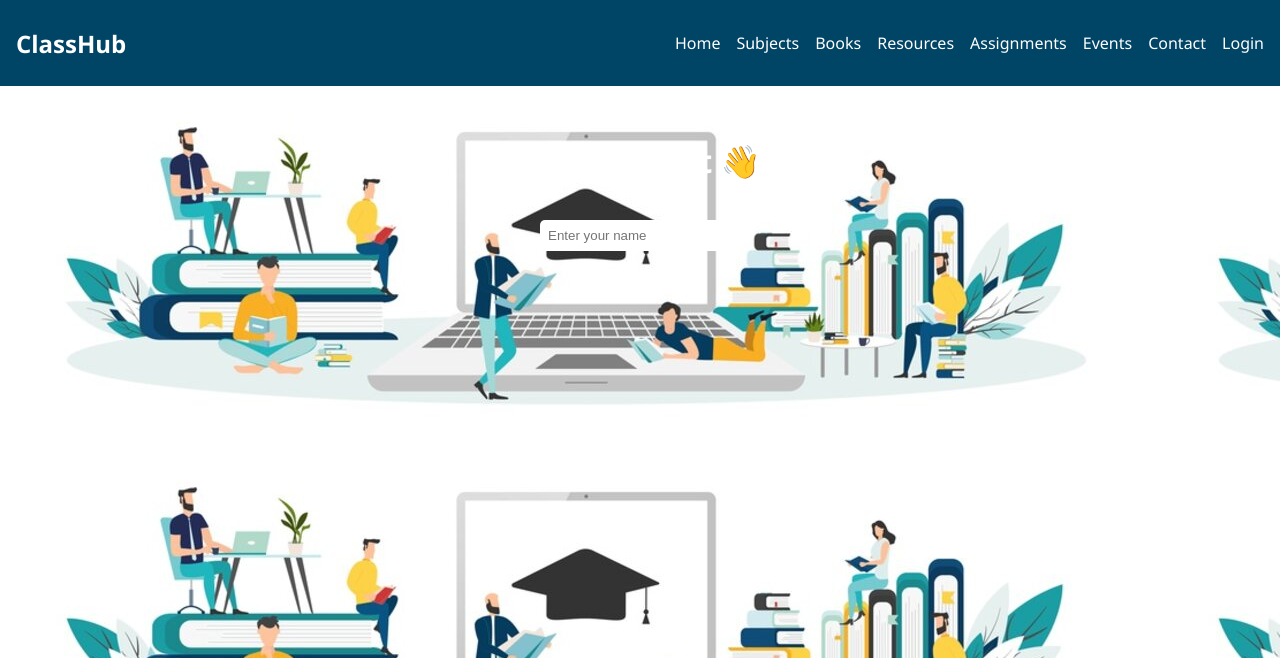
Repository: MariamSawera/eduNova
Page: index.html
These files come from the project's save history. The page is drawn as it stood at one moment and after the next save; the edit follows.
The browser window is 1280 px wide. The pictures show the part of the page from y = 0 to 658 px (the page is 2280 px tall before and 1920 px after).
Pictures or frames that could not be fetched are drawn as grey boxes.

Above is the page before, as saved 2025-07-21 17:33:23.

### index.html
<html>
<head>
    <title>My Web Page</title>
    <meta charset="UTF-8">
    <meta name="viewport" content="width=device-width, initial-scale=1.0">
    <link rel="stylesheet" href="styles.css">
    <script src="script.js"></script>

</head>
<body>
  <nav>
    <div class="logo">ClassHub</div>
    <ul>
      <li><a href="index.html">Home</a></li>
      <!-- <li><a href="#">Semesters</a></li> -->
      <li><a href="#">Subjects</a></li>
      <li><a href="#">Books</a></li>
      <li><a href="#">Resources</a></li>
      <li><a href="#">Assignments</a></li>
      <li><a href="#">Events</a></li>
      <li><a href="#">Contact</a></li>
      <!-- <li><a href="#">Announcements</a></li> -->
      <li><a href="#">Login</a></li>
    </ul>
  </nav>

  <!-- Hero Section -->
  <div class="hero">
    <h1 id="welcome">Hello, Guest 👋</h1>
    <input type="text" id="nameInput" placeholder="Enter your name" oninput="updateName()" />
  </div>

  <!-- Dashboard Section -->
  <div class="dashboard">
    <!-- Announcements -->
    <div class="card">
      <h3>📢 Announcements</h3>
      <ul>
        <li>Assignment Web development due 31 July</li>
        <li>Classes starting from 15 Aug</li>
        <li>Movie Day at University Oct 15</li>
      </ul>
    </div>

    <!-- Calendar -->
    <div class="card">
      <h3>📅 Calendar</h3>
      <p>All the events and updates have been marked in calender.</p>
      <iframe src="https://calendar.google.com/calendar/embed?src=onlinelearningrecordings%40gmail.com&ctz=Asia%2FKarachi" style="border: 0" width="800" height="600" frameborder="0" scrolling="no"></iframe>    </div>

    <!-- Online Users -->
    <div class="card">
      <h3>🟢 Online Users</h3>
      <ul>
        <li>Mariam</li>
        <li>Sidra</li>
        <li>Alishba</li>
      </ul>
    </div>
  </div>

  <!-- Quick Material Access -->
  <div class="quick-links">
    <div class="link-card"><a href="firstsemester.html">📘 Semester 1</a></div>
    <div class="link-card"><a href="">📗 Semester 2</a></div>
    <div class="link-card"><a href="">📙 Semester 3</a></div>
    <div class="link-card"><a href="">📕 Semester 4</a></div>
    <div class="link-card"><a href="">📙 Semester 5</a></div>
    <div class="link-card"><a href="">📒 Semester 6</a></div>
    <div class="link-card"><a href="">📘 Semester 7</a></div>
    <div class="link-card"><a href="">📕 Semester 8</a></div>
    <div class="link-card"><a href="">📒 Past Papers</a></div>
    <div class="link-card"><a href="">🔗 Important Links</a></div>
  </div>



    </body>

    <footer class="footer">
        <p>&copy; 2023 My Web Page</p>
    </footer>
</html>

### styles.css
    body {
      margin: 0;
      font-family: 'Segoe UI', sans-serif;
      background: #f2f2f2;
    }

    nav {
      background-color: #004466;
      color: white;
      padding: 1rem;
      display: flex;
      justify-content: space-between;
      align-items: center;
    }

    nav .logo {
      font-size: 1.5rem;
      font-weight: bold;
    }

    a {
        text-decoration: none;
        color: inherit;
    }
    nav ul {
      list-style: none;
      display: flex;
      gap: 1rem;
    }

    nav ul li {
      display: inline;
    }

    nav ul li a {
      color: white;
      text-decoration: none;
    }

    .hero {
      /* background: linear-gradient(to right, #00aaff, #00ffcc); */
      background-image: url('./images/banner.jpg'); ;
      color: white;
      padding: 2rem;
      text-align: center;
      height: 100vh;
    }


    .hero input {
      padding: 0.5rem;
      border: none;
      border-radius: 5px;
      margin-top: 1rem;
      width: 200px;
    }

    .dashboard {
      display: grid;
      grid-template-columns: 1fr 1fr 1fr;
      gap: 1rem;
      padding: 2rem;
    }

    .card {
      background: white;
      padding: 1rem;
      border-radius: 10px;
      box-shadow: 0 2px 5px rgba(0,0,0,0.1);
    }

    .quick-links {
      padding: 2rem;
      display: grid;
      grid-template-columns: repeat(3, minmax(150px, 1fr));
      gap: 1rem;
    }

    .quick-links .link-card {
      background: white;
      text-align: center;
      padding: 1rem;
      border-radius: 10px;
      box-shadow: 0 2px 5px rgba(0,0,0,0.1);
      height: 80px;
    }

### script.js
function updateName() {
      const name = document.getElementById('nameInput').value;
      const welcome = document.getElementById('welcome');
      if(name.trim()) {
        welcome.textContent = `Hello, ${name}! 👋`;
      } else {
        welcome.textContent = `Hello, Guest 👋`;
      }
    }

After the next save:
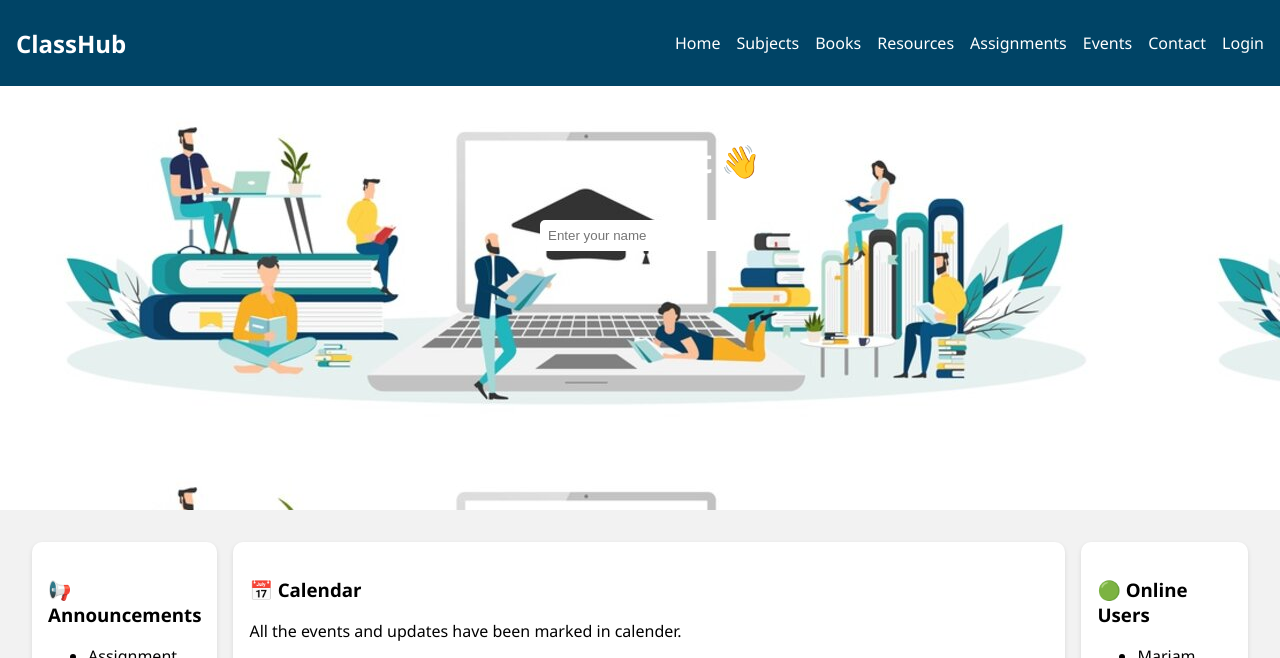
Saved 10 s later.
--- a/styles.css
+++ b/styles.css
@@ -43,7 +43,7 @@
       color: white;
       padding: 2rem;
       text-align: center;
-      height: 100vh;
+      height: 50vh;
     }
 
 
